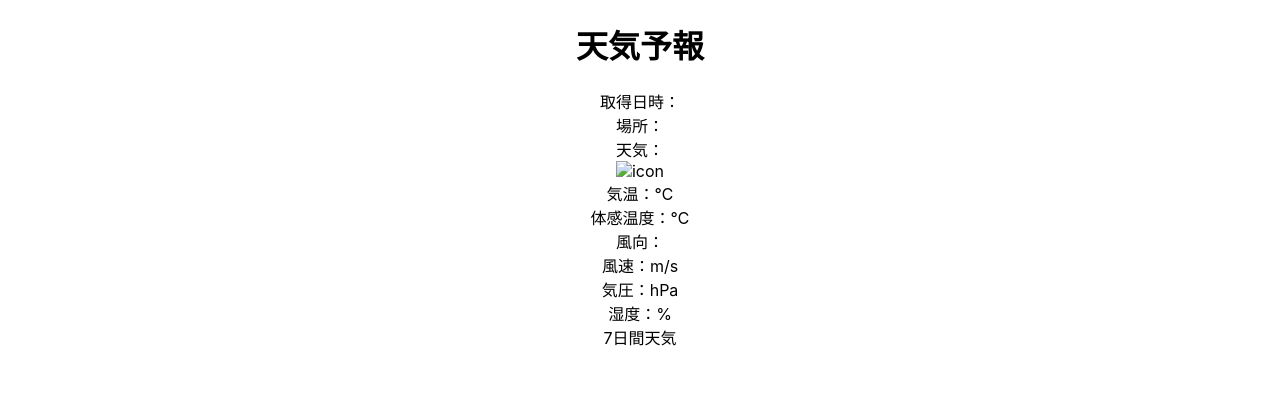
Repository: IshigureTomoki/weather-app
Page: /
These files come from the project's save history. The page is drawn as it stood at one moment and after a run of saves; the edit follows.
The browser window is 1280 px wide. The pictures show the whole page.
The page's requests for data from a server got no answer. The project was rebuilt for these pictures with package versions that can differ from the ones it lists, and the page was loaded fresh each time. No one was signed in, and anything a server would have sent is missing.

Above is the page before, as saved 2022-02-17 14:59:24.

After the next 2 saves:
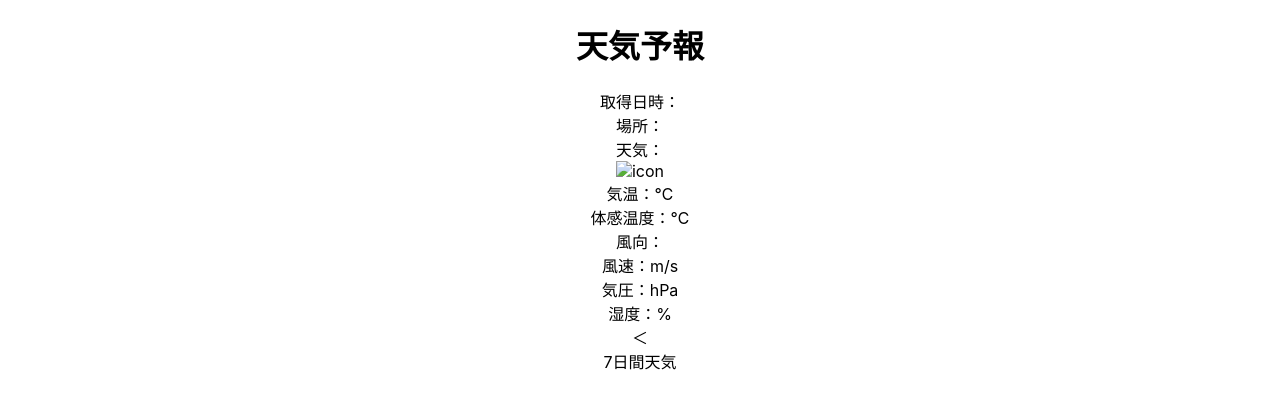
The 2 saves are shown as one change because they came seconds apart.
The last was saved 12 s later.
--- a/src/App.tsx
+++ b/src/App.tsx
@@ -111,6 +111,7 @@ function App() {
       <div>風速：{weatherReport?.wind_speed}m/s</div>
       <div>気圧：{weatherReport?.pressure}hPa</div>
       <div>湿度：{weatherReport?.humidity}%</div>
+      ＜
       <div>7日間天気</div>
       {weatherDailyReports.map((report) => (
         <>
